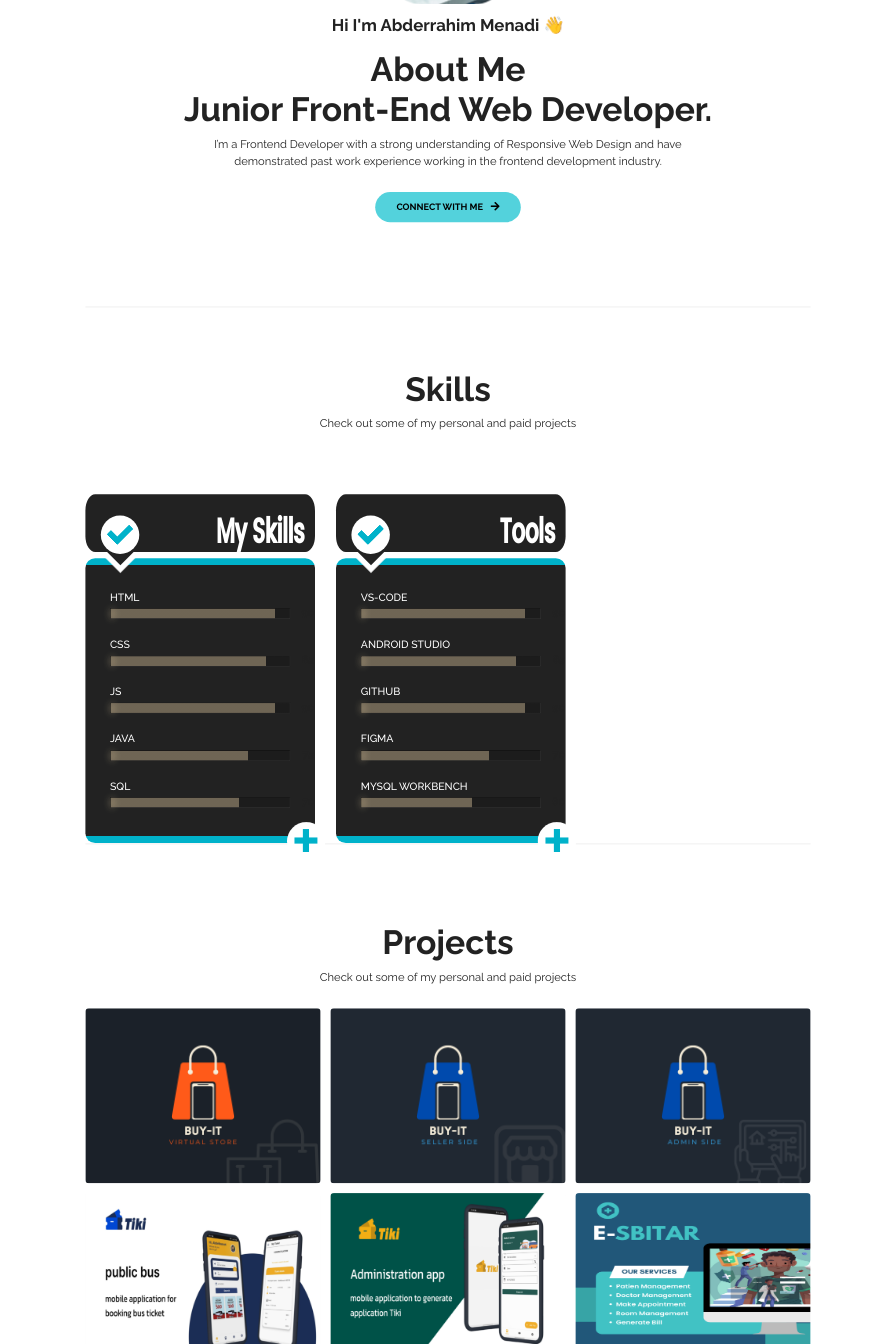
Repository: rahimmenadi/My-Website
Page: index.html
An editor plug-in stored every save of this project. The page is shown before and after the next save, followed by the edit.
The browser window is 1280 px wide. The pictures show the part of the page from y = 379 to 2299 px (the page is 2750 px tall), at 70% of full size.

Above is the page before, as saved 2023-06-22 03:14:49.

After the next save:
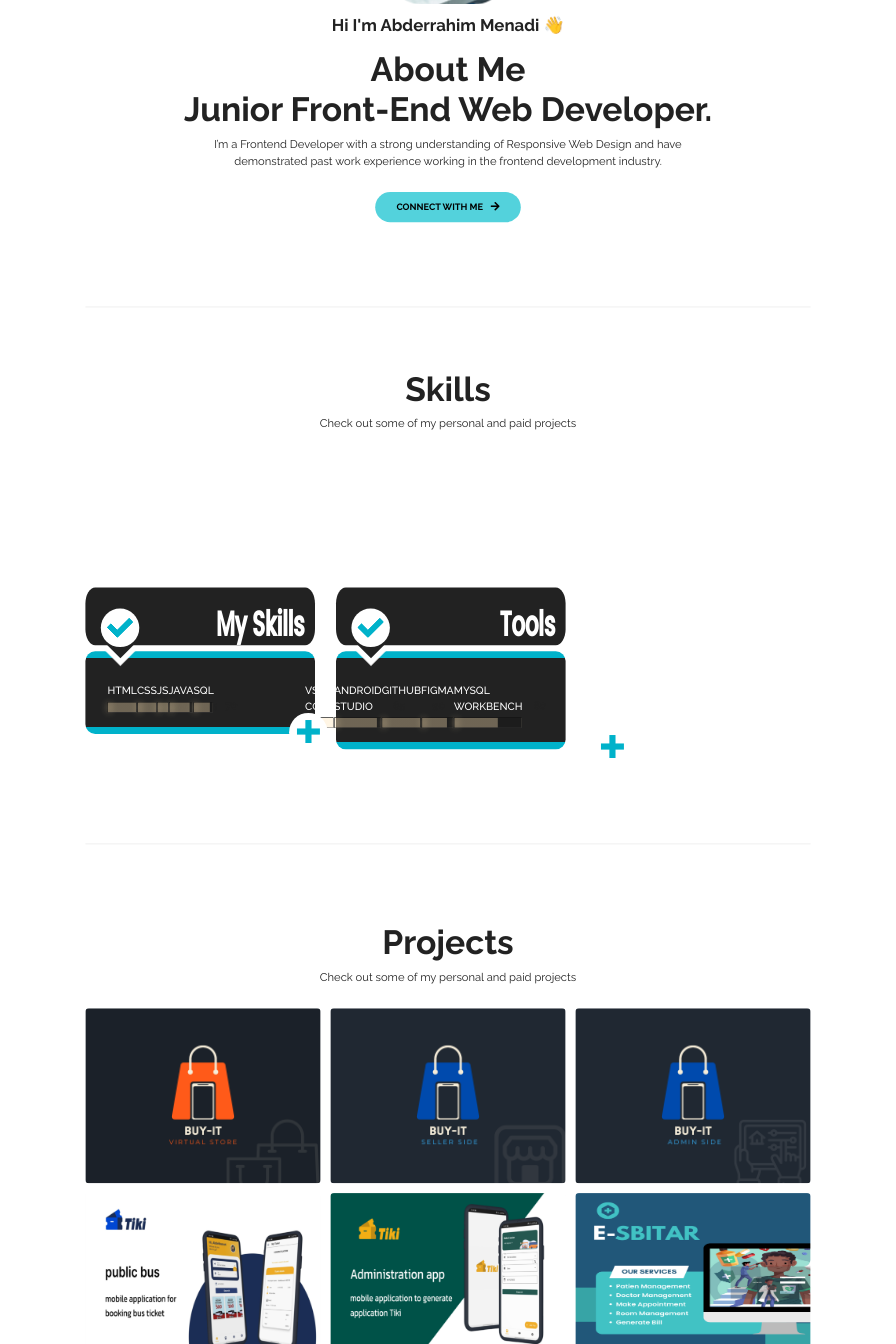
Saved 15 s later.
--- a/css/skills.css
+++ b/css/skills.css
@@ -575,3 +575,13 @@ ul.skills li.more input:checked + label:hover {
 	display: flex;
 	justify-content: center;
   }
+  .profile-skills {
+	display: flex;
+  }
+
+  .skills {
+	list-style-type: none;
+	padding: 0;
+	display: flex;
+	justify-content: center;
+  }

After the 3 saves that followed:
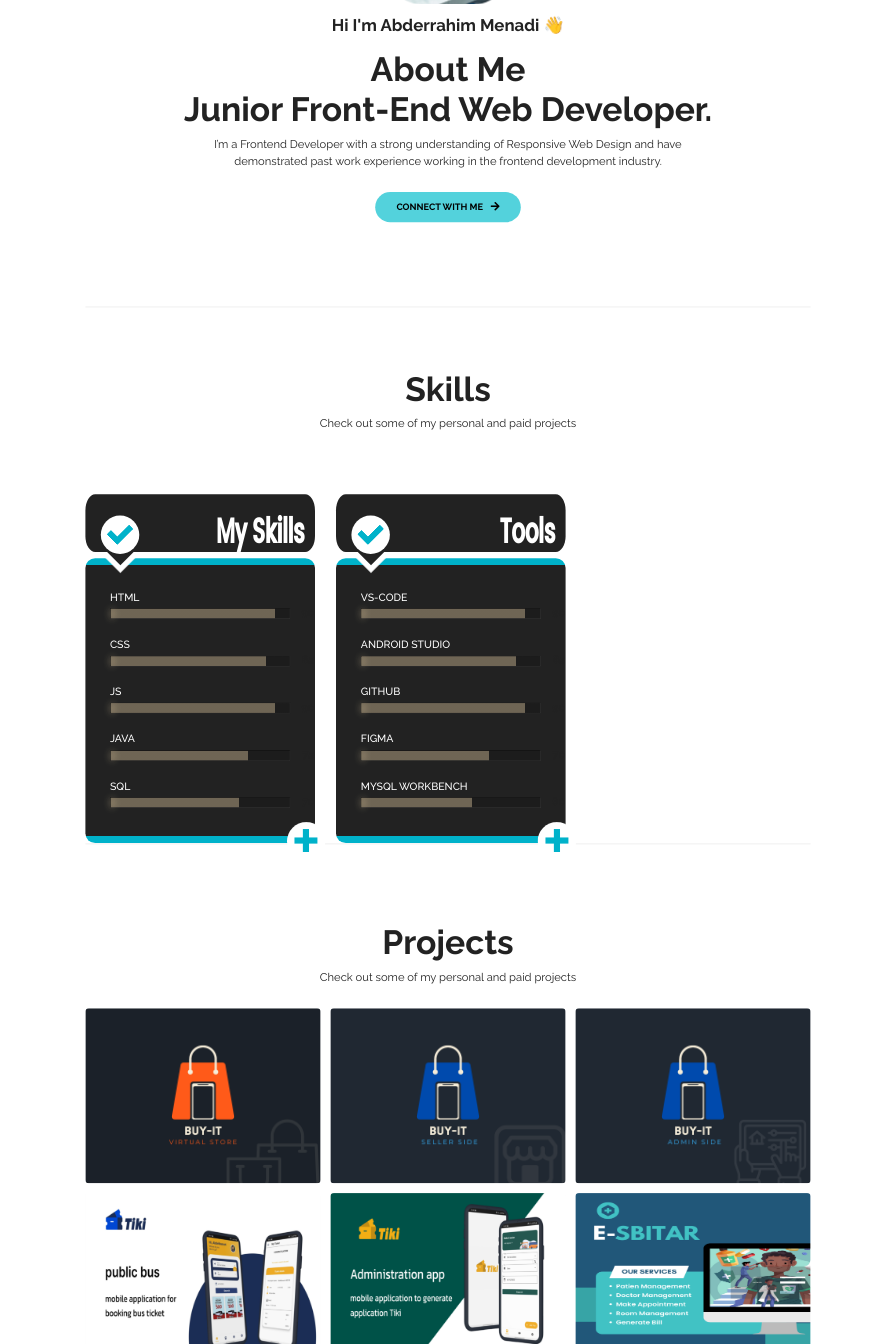
The 3 saves are shown as one change because they came seconds apart.
The last was saved 9 s later.
--- a/css/skills.css
+++ b/css/skills.css
@@ -578,10 +578,3 @@ ul.skills li.more input:checked + label:hover {
   .profile-skills {
 	display: flex;
   }
-
-  .skills {
-	list-style-type: none;
-	padding: 0;
-	display: flex;
-	justify-content: center;
-  }
